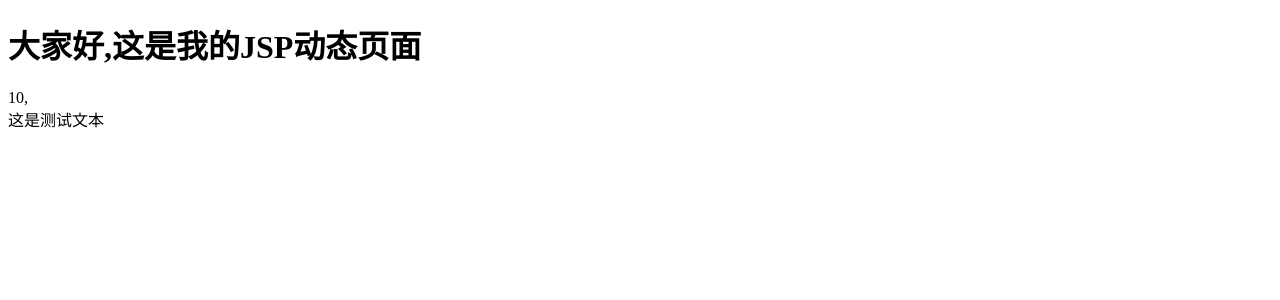
Repository: liujianbo2017/zuoye
Page: http://localhost/day38demo/demo01/demo1.jsp
The author's editor kept a copy of each file at every save. The page is drawn from the files as they stood at one save, then again after the next save.
The browser window is 1280 px wide. The pictures show the whole page.
The page is served by Tomcat 9.

Above is the page before, as saved 2017-10-07 07:26:17.

After the next save:
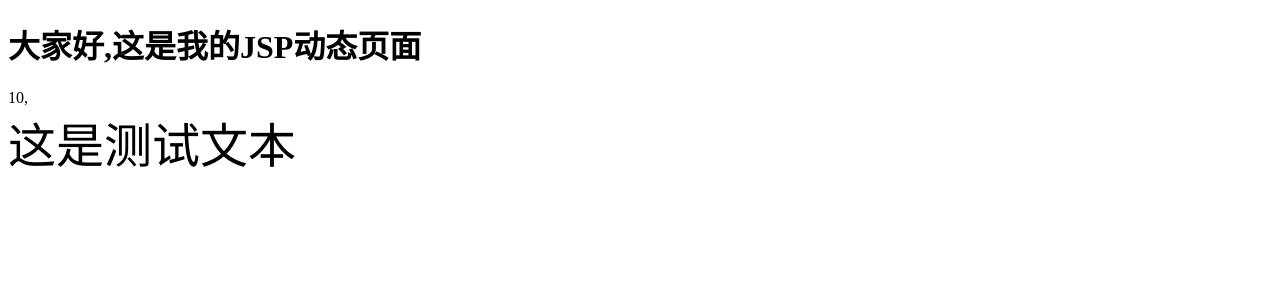
Saved 22 s later.
--- a/day38demo/WebContent/demo01/demo1.jsp
+++ b/day38demo/WebContent/demo01/demo1.jsp
@@ -14,6 +14,6 @@
 	System.out.println(a);
 	%>
 	<%= a %>,<br/>
-	<font size<%= a-3 %>>这是测试文本</font>
+	<font size="<%= a-3 %>">这是测试文本</font>
 </body>
 </html>
